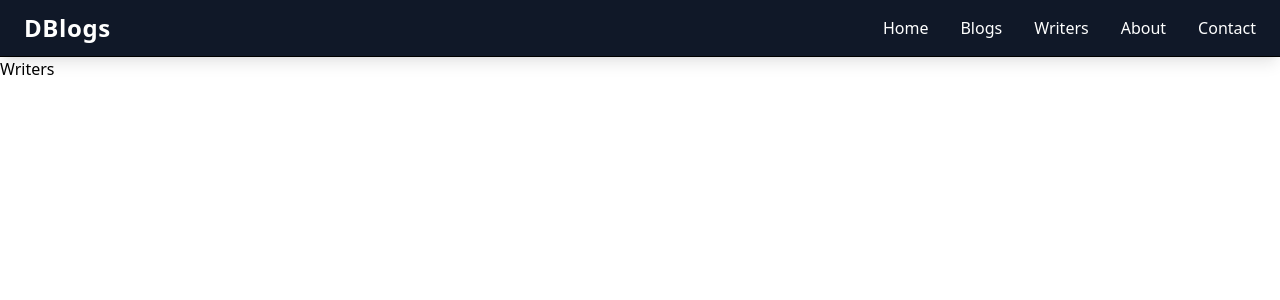
Repository: Devanshk9/DBlogs
Page: /writers (app in client/)
The author's editor kept a copy of each file at every save. The page is drawn from the files as they stood at one save, then again after the next save.
The browser window is 1280 px wide. The pictures show the whole page.
The page's requests for data from a server got no answer. The project was rebuilt for these pictures with package versions that can differ from the ones it lists, and the page was loaded fresh each time. No one was signed in, and anything a server would have sent is missing. Also part of the build but not shown: client/vite.config.js, client/src/pages/Blogs.jsx.

Above is the page before, as saved 2025-08-31 21:39:10.

After the next save:
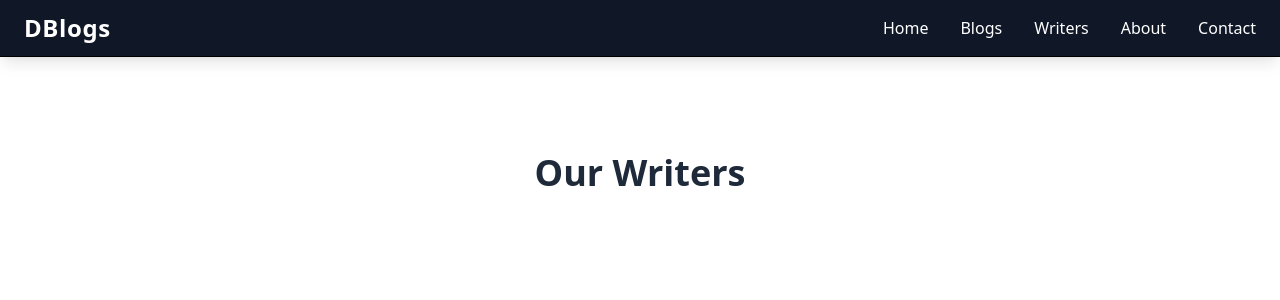
Saved 50 s later.
--- a/client/src/pages/Writers.jsx
+++ b/client/src/pages/Writers.jsx
@@ -1,25 +1,47 @@
-import React from 'react'
-import { useEffect, useState } from "react";
+import React, { useEffect, useState } from "react";
 
 const Writers = () => {
-    const [writers, setWriters] = useState([]);
+  const [writers, setWriters] = useState([]);
 
-      useEffect(() => {
-        fetch("http://localhost:5001/writers") // backend
-          .then(res => res.json())
-          .then(data => setWriters(data))
-          .catch(err => console.error(err));
-      }, []);
+  useEffect(() => {
+    fetch("http://localhost:5001/writers") // backend
+      .then((res) => res.json())
+      .then((data) => setWriters(data))
+      .catch((err) => console.error(err));
+  }, []);
+
   return (
-    <div>
-        <h1>Writers</h1>
-      {writers.map(b => (
-        <div>
-          <h2>{b.username}</h2>
-        </div>
-      ))}
+    <div className="flex flex-col items-center px-6">
+      <h1 className="text-4xl font-bold mt-24 mb-8 text-gray-800">Our Writers</h1>
+
+      <div className="grid grid-cols-1 sm:grid-cols-2 lg:grid-cols-3 gap-8 w-full max-w-6xl">
+        {writers.map((w) => (
+          <div
+            key={w.writer_id || w.username}
+            className="bg-white p-6 rounded-2xl shadow-md hover:shadow-xl transition duration-300 border border-gray-200 flex flex-col items-center"
+          >
+            {/* Placeholder avatar (you can replace with profile pic from backend if available) */}
+            <div className="w-20 h-20 rounded-full bg-gradient-to-tr from-yellow-400 to-pink-500 flex items-center justify-center text-white text-xl font-bold mb-4">
+              {w.username.charAt(0).toUpperCase()}
+            </div>
+
+            <h2 className="text-xl font-semibold text-gray-900 mb-2">{w.username}</h2>
+
+            {/* Optional extra info if backend has it */}
+            {w.bio && (
+              <p className="text-gray-600 text-center text-sm mb-4 line-clamp-3">
+                {w.bio}
+              </p>
+            )}
+
+            <button className="px-4 py-2 bg-gray-900 text-white rounded-lg hover:bg-yellow-400 hover:text-gray-900 transition">
+              View Blogs
+            </button>
+          </div>
+        ))}
+      </div>
     </div>
-  )
-}
+  );
+};
 
-export default Writers
+export default Writers;
